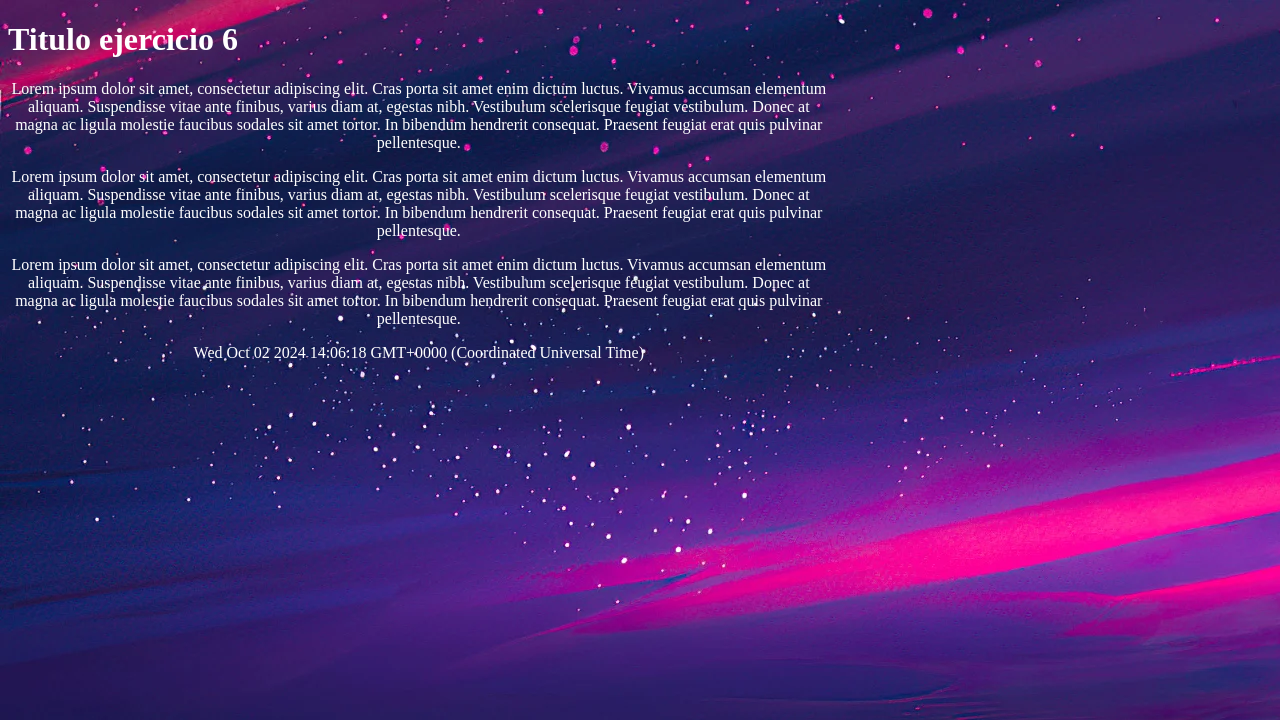
Repository: demoniers/clase
Page: lenguajes/html/ejercicio6/src/index.html
An editor plug-in stored every save of this project. The page is shown before and after the next save, followed by the edit.
The browser window is 1280 px wide. The pictures show the whole page.

Above is the page before, as saved 2024-10-08 13:07:34.

### lenguajes/html/ejercicio6/src/index.html
<!DOCTYPE html>
<html>
  <head>
    <base href="../img/">
    <title>Hojas de Estilo</title>
    <link rel="icon" type="image/x-icon" href="../img/icon.ico">
    <link rel="stylesheet" href="../style/style.css" />
    <meta name="author" content="Diego" />
    <meta name="description" content="Esto es una web" />
    <!---meta http-equiv="refresh" content="60; URL=http://www.google.com/" /> -->
  </head>

  <body>
    <h1 class="encabezado">Titulo ejercicio 6</h1>
    <div id="container">
      <div class="content" id="conent1">
        <p>Lorem ipsum dolor sit amet, consectetur adipiscing elit. Cras porta sit amet enim dictum luctus. Vivamus accumsan elementum aliquam. Suspendisse vitae ante finibus, varius diam at, egestas nibh. Vestibulum scelerisque feugiat vestibulum. Donec at magna ac ligula molestie faucibus sodales sit amet tortor. In bibendum hendrerit consequat. Praesent feugiat erat quis pulvinar pellentesque.</p>
      </div>
      <div class="content" id="conent3">
        <p>Lorem ipsum dolor sit amet, consectetur adipiscing elit. Cras porta sit amet enim dictum luctus. Vivamus accumsan elementum aliquam. Suspendisse vitae ante finibus, varius diam at, egestas nibh. Vestibulum scelerisque feugiat vestibulum. Donec at magna ac ligula molestie faucibus sodales sit amet tortor. In bibendum hendrerit consequat. Praesent feugiat erat quis pulvinar pellentesque.</p>
      </div>
      <div class="content" id="conent2">
        <p>Lorem ipsum dolor sit amet, consectetur adipiscing elit. Cras porta sit amet enim dictum luctus. Vivamus accumsan elementum aliquam. Suspendisse vitae ante finibus, varius diam at, egestas nibh. Vestibulum scelerisque feugiat vestibulum. Donec at magna ac ligula molestie faucibus sodales sit amet tortor. In bibendum hendrerit consequat. Praesent feugiat erat quis pulvinar pellentesque.</p>
      </div>
      <p id="fh"></p>
    </div>
  </body>
  <script>
    fecha = document.getElementById("fh");
    f = new Date();
    fecha.innerHTML = f;
</script>
</html>

### lenguajes/html/ejercicio6/style/style.css
        /* Estilo que aplica al cuerpo de la página */
        body {
            background-color: #ae58bb;
            background-image: url(../img/fondo.jpg);
            color: white;
        }
        .encabezado {
            width: 25%;
        }
        #container {
            width: 65%;
            text-align: center;
        }

After the next save:
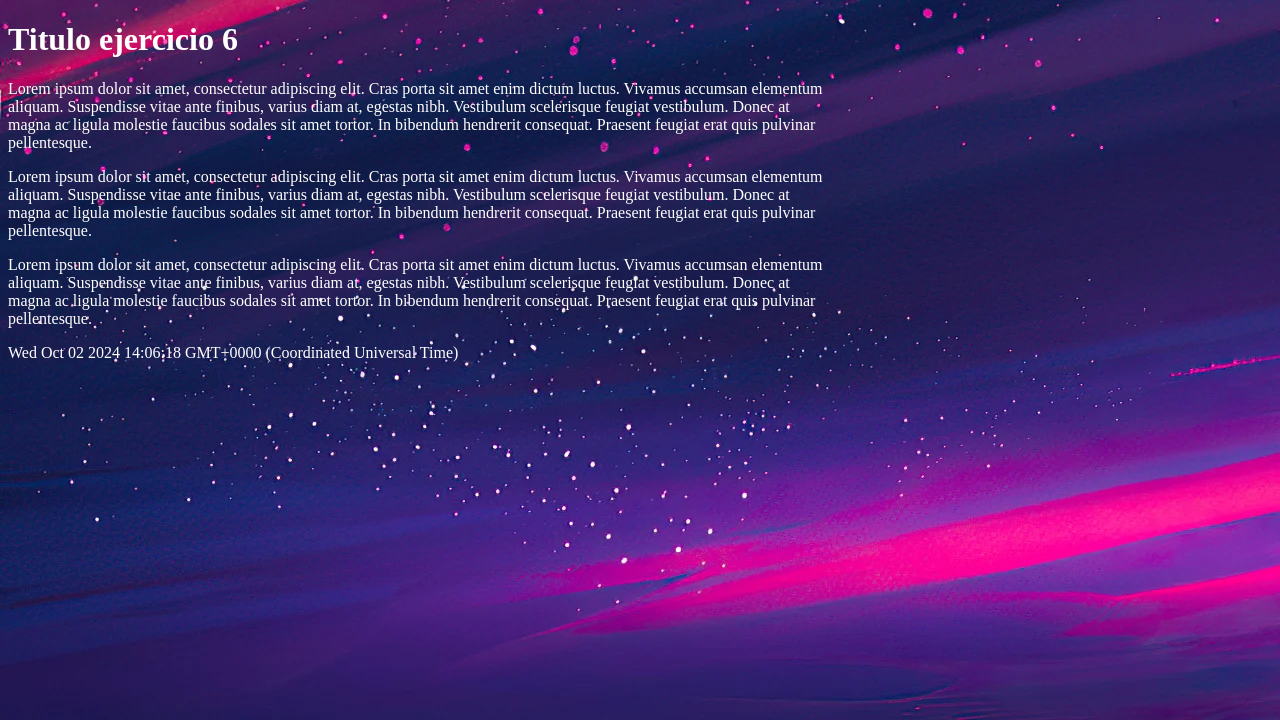
Saved 12 s later.
--- a/lenguajes/html/ejercicio6/style/style.css
+++ b/lenguajes/html/ejercicio6/style/style.css
@@ -9,5 +9,5 @@
         }
         #container {
             width: 65%;
-            text-align: center;
+            align-items: center;
         }
